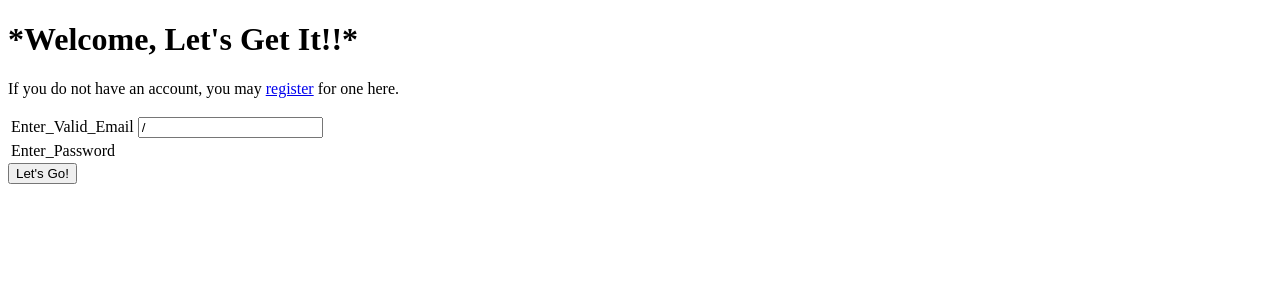
Repository: tlwilliams895/get-it-done
Page: http://localhost/login
An editor plug-in stored every save of this project. The page is shown before and after the next save, followed by the edit.
The browser window is 1280 px wide. The pictures show the whole page.
The page is served by the project's application, run on Flask 3 (main.py).

Above is the page before, as saved 2019-10-17 16:45:10.

After the next save:
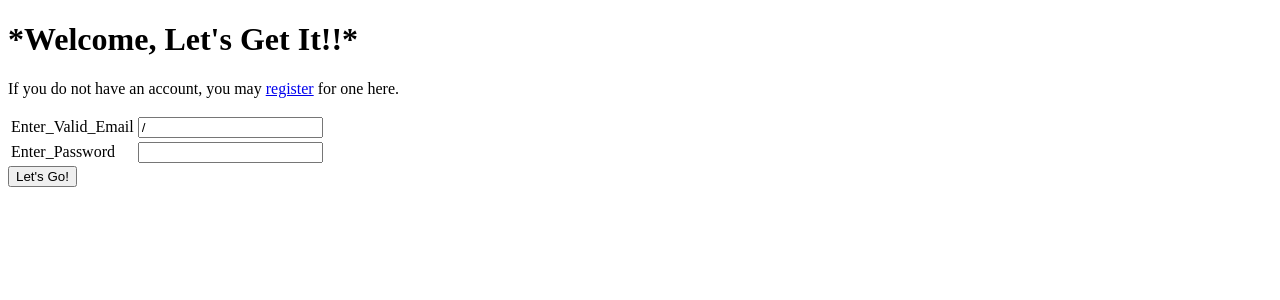
Saved 34 s later.
--- a/templates/login.html
+++ b/templates/login.html
@@ -19,6 +19,9 @@
             <td>
                 <label for="password">Enter_Password</label>
             </td>
+            <td>
+                <input name="password" type="password" />
+            </td>
         </tr>
     </table>
     <input type="submit" value="Let's Go!" />
